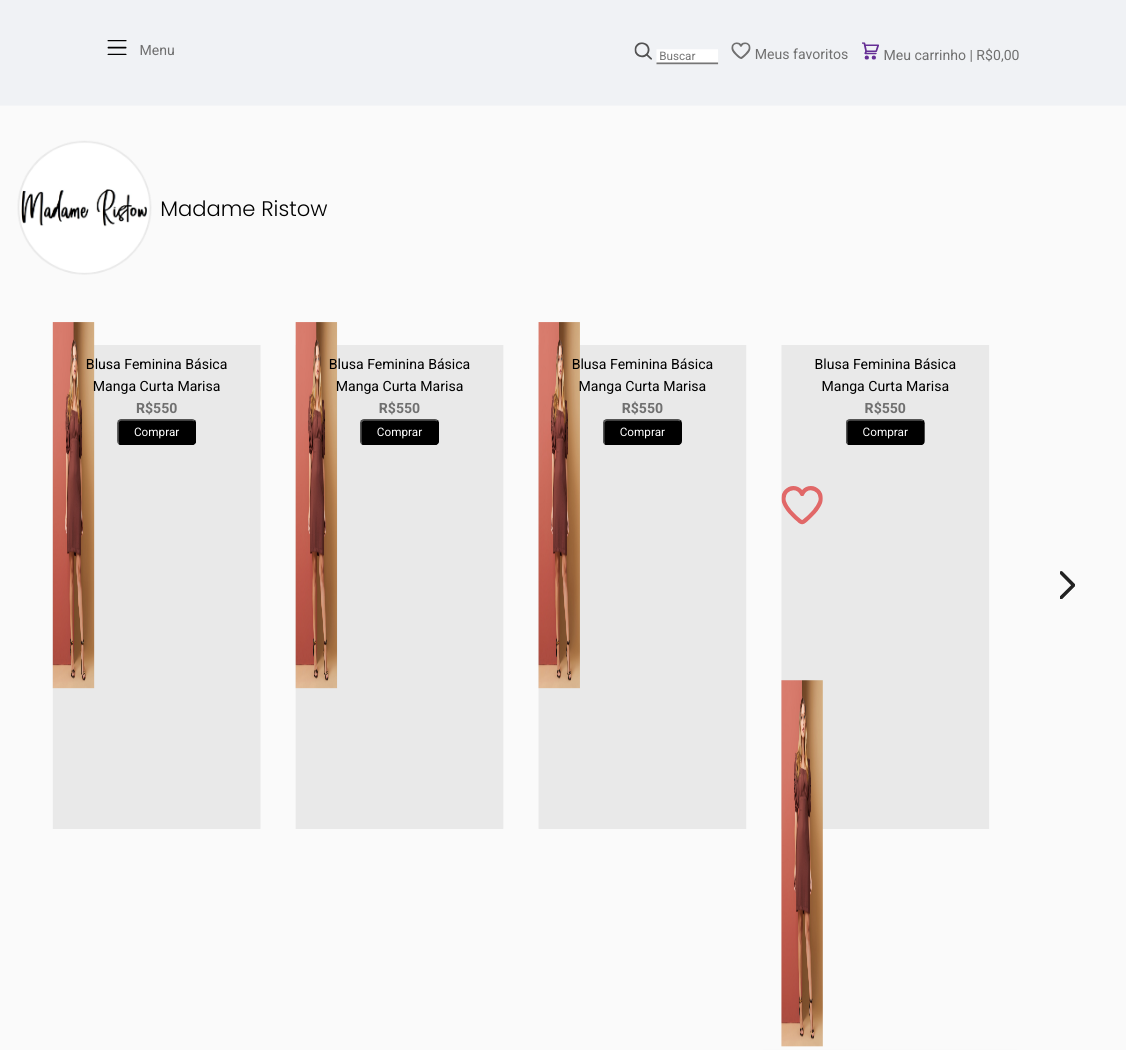
Repository: gutobarbosa/FrontEndLojaVirtual
Page: /
The author's editor kept a copy of each file at every save. The page is drawn from the files as they stood at one save, then again after the next save.
The browser window is 1280 px wide. The pictures show the whole page, at 88% of full size.
The project was rebuilt for these pictures with package versions that can differ from the ones it lists, and the page was loaded fresh each time. Also part of the build but not shown: src/pages/Repository/styles.ts, src/services/api.ts, src/pages/Repository/index.tsx.

Above is the page before, as saved 2020-11-20 23:09:01.

### public/index.html
<!DOCTYPE html>
<html lang="en">
  <head>
    <meta charset="utf-8" />
    <meta name="viewport" content="width=device-width, initial-scale=1" />
    <meta name="theme-color" content="#000000" />

    <title></title>
    <link href="https://fonts.googleapis.com/css2?family=Roboto:wght@400;700&display=swap" rel="stylesheet">
    <link rel="preconnect" href="https://fonts.gstatic.com">
    <link rel="preconnect" href="https://fonts.gstatic.com">
<link href="https://fonts.googleapis.com/css2?family=Poppins:ital,wght@0,300;0,400;1,200&display=swap" rel="stylesheet">
</head>
  <body>
    <noscript>You need to enable JavaScript to run this app.</noscript>
    <div id="root"></div>

  </body>
</html>

### src/App.tsx
import React from 'react';
import { BrowserRouter as Router } from 'react-router-dom';

import Routes from './routes';

import GlobalStyle from '../src/styles/global';

const App: React.FC = () => (
  <>
    <GlobalStyle />
    <Router>
      <Routes />
    </Router>
  </>
);

export default App;

### src/routes/index.tsx
import React from 'react';
import {Switch, Route} from 'react-router-dom';

import Dashboard from '../pages/Dashboard';
import Repository from '../pages/Repository';

// rota da url, nesse caso a nossa rota atual é a raiz então vai apenas a / e o componente é que sera acessado através desse endereço url
const Routes: React.FC = () =>{
    return (
        <Switch>
            <Route path="/" exact component={Dashboard} />
            <Route path="/repositories/:repository+" component={Repository} />
        </Switch>
    );
}

export default Routes;

### src/styles/global.ts
import { createGlobalStyle } from 'styled-components';

export default createGlobalStyle`
  * {
    margin: 0;
    padding: 0;
    outline: 0;
    box-sizing: border-box;
  }

  body {
    background: #FAFAFA ;
    -webkit-font-smoothing: antialiased

  }

  body, input, button {
    font-family: 'Roboto', sans-serif;
    max-width: 1500vw;
  }

  button {
    cursor: pointer;
  }
`;

### src/pages/Dashboard/index.tsx
/* eslint-disable no-undef */

import React from "react";
import { Container, ContainerProducts } from "./styles";
import lefticon from '../../assets/avatar 152 x 152px.png';
import productimage from '../../assets/image-product.png';
import arrownext from '../../assets/arrowNext.svg';
import iconheart from '../../assets/iconHeart.svg';

import Header from '../../components/Header';

//import { Container, CardContainer, Card, TableContainer } from './styles';

const Dashboard: React.FC = () => {

  return (
    <>
    <Header/>
    <Container>
    <img src={lefticon} alt="Hamburguer" />
    <h3>Madame Ristow</h3>
    </Container>
    <ContainerProducts>
        <div className="productBox">
            <div className="productImage">
            <img src={productimage} alt="Product" />
            </div>
            <div className="productinformation">
            <p>Blusa Feminina Básica Manga Curta Marisa<br/></p>
                <p className ="bold">R$550 <br/></p>
                <div className="buttonBuy">
                    <button>Comprar</button>
                </div>
            </div>
        </div>
        <div className="productBox">
            <div className="productImage">
            <img src={productimage} alt="Product" />
            </div>
            <div className="productinformation">
            <p>Blusa Feminina Básica Manga Curta Marisa<br/></p>
                <p className ="bold">R$550 <br/></p>
                <div className="buttonBuy">
                    <button>Comprar</button>
                </div>
            </div>
        </div>
        <div className="productBox">
            <div className="productImage">
            <img src={productimage} alt="Product" />
            </div>
            <div className="productinformation">
            <p>Blusa Feminina Básica Manga Curta Marisa<br/></p>
                <p className ="bold">R$550 <br/></p>
                <div className="buttonBuy">
                    <button>Comprar</button>
                </div>
            </div>
        </div>
        <div className="productBox">
            <div className="productImage">
            <img src={iconheart} alt="Product" />
            <img src={productimage} alt="Product" />

            </div>
            <div className="productinformation">
                <p>Blusa Feminina Básica Manga Curta Marisa<br/></p>
                <p className ="bold">R$550 <br/></p>
                <div className="buttonBuy">
                    <button>Comprar</button>
                </div>
            </div>
        </div>
        <div className="arrowNext">
            <img src={arrownext} alt="arrownext" />
        </div>
    </ContainerProducts>
    </>
  );
};

export default Dashboard;

### src/pages/Dashboard/styles.ts
import styled from 'styled-components';
/*
interface CardProps {
  total?: boolean;
}*/

export const Container = styled.div`
  width: 100%;
  max-width: 1600px;
  margin: 0 auto;
  padding: 40px 20px;
  display: flex;
  align-items: center;


    img {
        justify-content: flex-start;
    }

    h3 {
        color: black;
        margin-left: 10px;
        font-family: 'Poppins', sans-serif;
        font-size: 24px;
        font-weight: 300;
    }
`;
export const ContainerProducts = styled.div`
width: 100%;
max-width: 1600px;
margin: 0 auto;
padding: 40px 20px;
display: flex;
align-items: center;

    .productBox {
        width: 236px;
        height: 550px;
        margin-left: 40px;
        background: #E9E9E9;
    }
    .productinformation {
        max-width: 250px;
        max-height: 150px;
    }
    .productImage{
        max-width: 236px;
        max-height: 416px;
    }
    .productImage img {
        width: 100%;
        height: 416px;
        margin-top: -13px;
    }
    .productImage:first-child {
        width: 20%;
        height: 12px;
        margin-top: -13px;
    }

    .arrowNext {
        margin-left: 80px;
    }
    .productinformation{
        width: 200px;
        size: 20px;
        justify-content: center;
        margin: 0 auto;
        margin-top: 10px;
    }
    .productinformation p{
        text-align: center;
        line-height: 25px;
    }
    .buttonBuy {
        width: 100%;
        margin: 0 auto;
        text-align: center;
    }
    .productinformation button{
        background: black;
        color: white;
        width: 90px;
        height: 30px;
        border-radius: 5px;
        cursor: pointer;
    }

    .bold{
        color: #707070;
        font-weight: bold;
    }

`;

### src/components/Header/index.tsx
import React from 'react';

//import { Link } from 'react-router-dom';
import hamburguerBars from '../../assets/hamburguer.svg';
import searchicon from '../../assets/searchIcon.svg';
import favoriteicon from '../../assets/favoriteIcon.svg';
import mycaricon from '../../assets/mycarIcon.svg'
import { Container, ContainerHeader, ContentLeft, ContentRight } from '../Header/styles';




const Header: React.FC = () => (
  <Container>
    <ContainerHeader>
    <header>
      <ContentLeft>
        <div className="menuTotal">
          <img src={hamburguerBars} alt="Hamburguer" />
          <span className="menu">Menu</span>
        </div>
      </ContentLeft>
      <ContentRight>
        <div className="searchTotal">
          <img src={searchicon} alt="Hamburguer" />
          <input placeholder=" Buscar" type="text"/>
        </div>
        <div className="favoritesTotal">
          <img src={favoriteicon} alt="Favorite" />
          <span>Meus favoritos</span>
        </div>
        <div className="MycarTotal">
          <img src={mycaricon} alt="Mycar" />
          <span>Meu carrinho | R$0,00</span>
        </div>
      </ContentRight>
    </header>
    </ContainerHeader>
  </Container>
);

export default Header;

### src/components/Header/styles.ts
import styled from 'styled-components';
/*
interface ContainerProps {
  size?: 'small' | 'large';
}*/

export const Container = styled.div`
  background: #F0F2F5;
  padding: 30px;
  width: 100%;

  header {
    height: 60px;
    margin: 0 auto;
    display: flex;
    align-items: center;
    justify-content: space-between;
  }

  span {
    color: #707070;
    text-align: left;
    opacity: 1;
    margin-left: 25px;
    cursor: pointer;
  }
  .menu{
    margin-left: 10px;

  }
  input {
    border-left: 0px solid black;
    border-right: 0px solid black;
    border-top: 0px solid black;
    width: 70px;
  }

   img {
    margin-right: 5px;
   }

   .menuTotal{
     width:100px;
     height:30px;
     cursor:pointer;
   }

   .menuTotal:hover{
    opacity: 0.5;
  }
`;

export const ContainerHeader = styled.div`
width: 85%;
margin: 0 auto;
`;


export const ContentLeft = styled.div`

`;

export const ContentRight = styled.div`
  display: flex;
  margin-left: 20px;
  .favoritesTotal img {
        margin-right: -20px;
        margin-left: 15px
    }

    .favoritesTotal:hover{
        cursor:pointer;
        opacity: 0.7;
    }

    .MycarTotal img {
        margin-right: -20px;
        margin-left: 15px
    }

    .MycarTotal:hover{
        cursor:pointer;
        opacity: 0.7;
    }


`;

Loaded but not shown: src/index.tsx (common file)

After the next save:
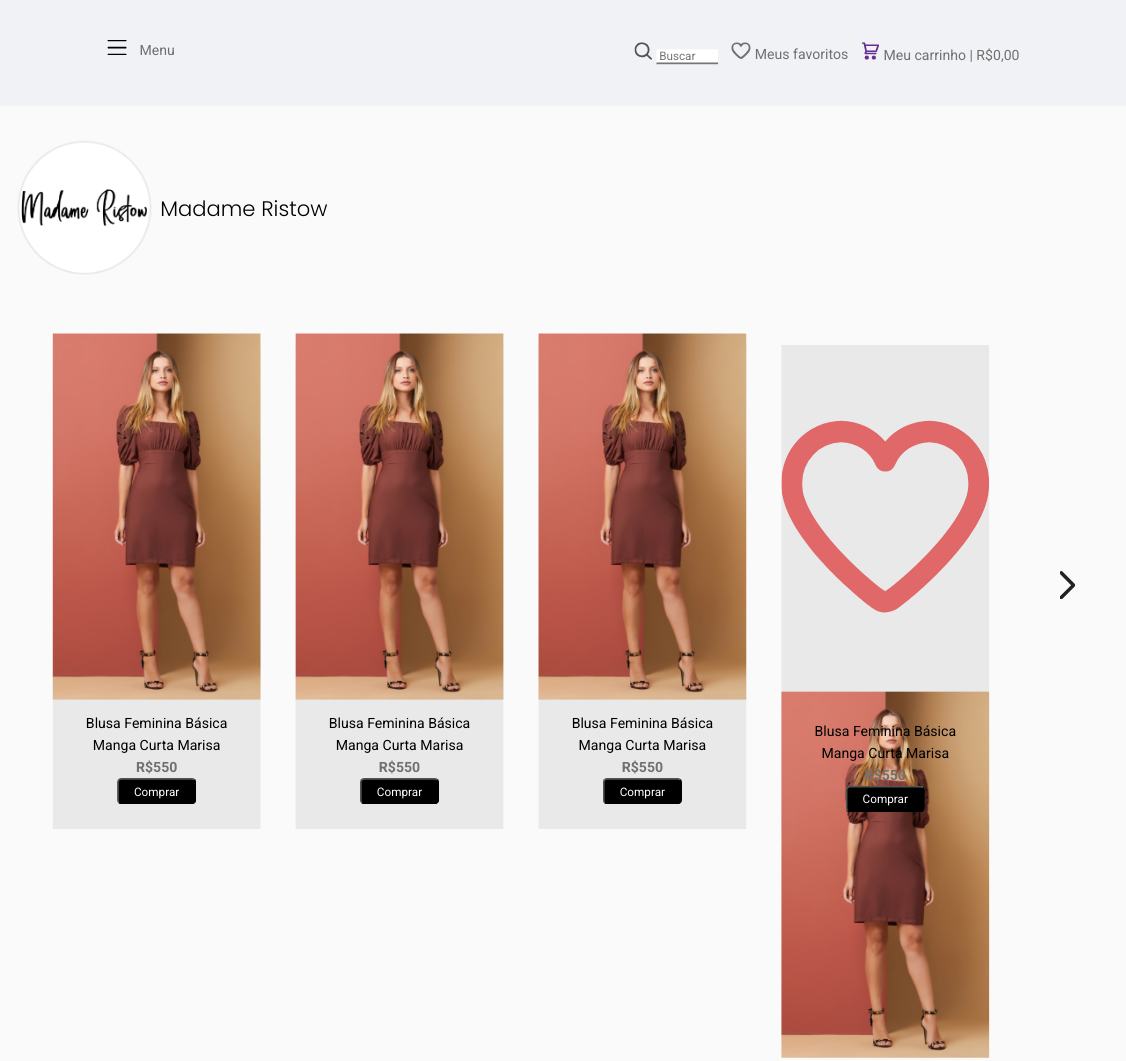
Saved 2 min 30 s later.
--- a/src/pages/Dashboard/styles.ts
+++ b/src/pages/Dashboard/styles.ts
@@ -52,7 +52,7 @@
         height: 416px;
         margin-top: -13px;
     }
-    .productImage:first-child {
+    .productImage::nth-child(2) {
         width: 20%;
         height: 12px;
         margin-top: -13px;

After the 5 saves that followed:
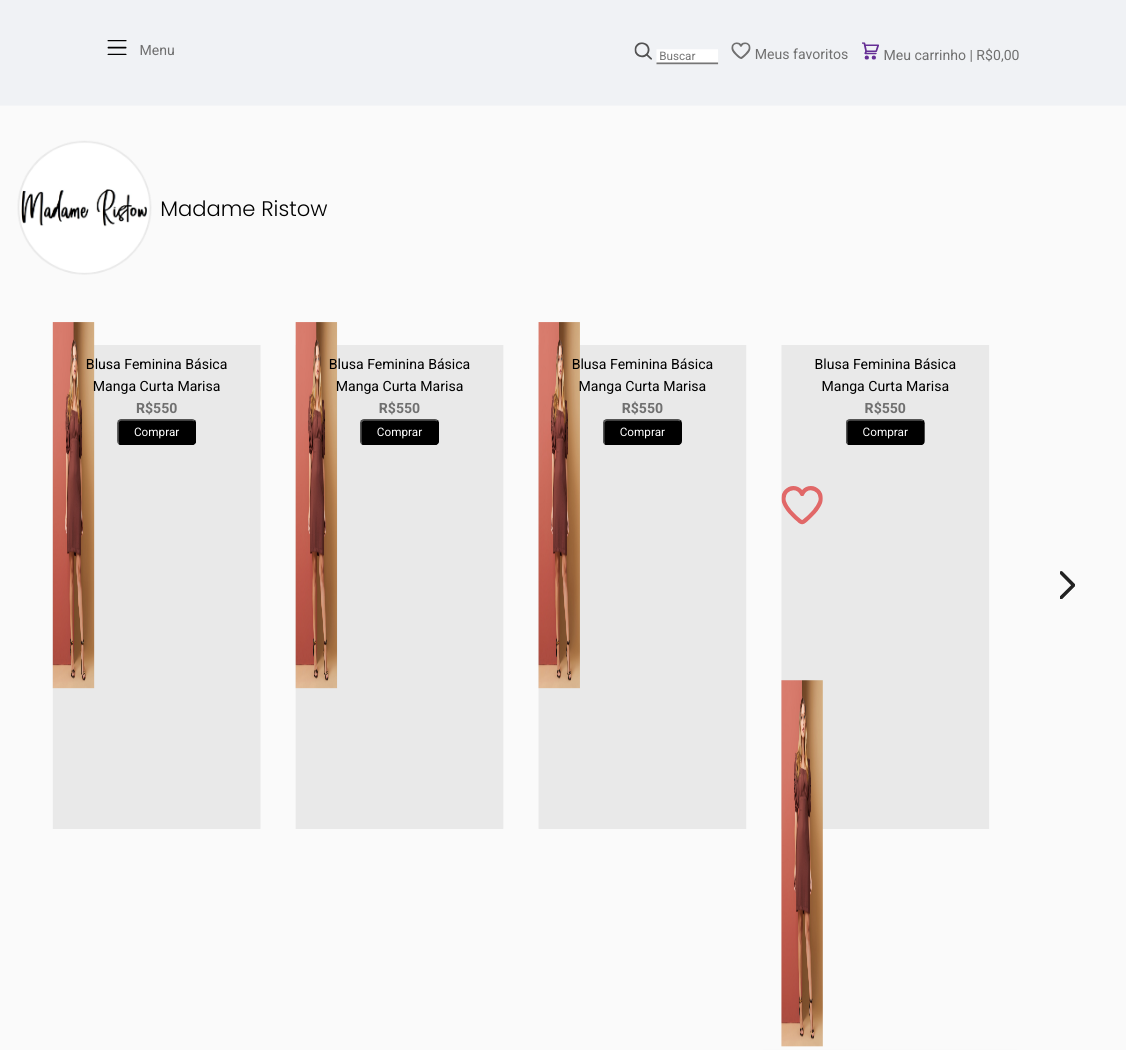
The 5 saves are shown as one change because 2 left the picture as it was and some came seconds apart.
The last was saved 24 s later.
--- a/src/pages/Dashboard/styles.ts
+++ b/src/pages/Dashboard/styles.ts
@@ -52,7 +52,7 @@
         height: 416px;
         margin-top: -13px;
     }
-    .productImage::nth-child(2) {
+    .productImage:nth-child(1) {
         width: 20%;
         height: 12px;
         margin-top: -13px;
